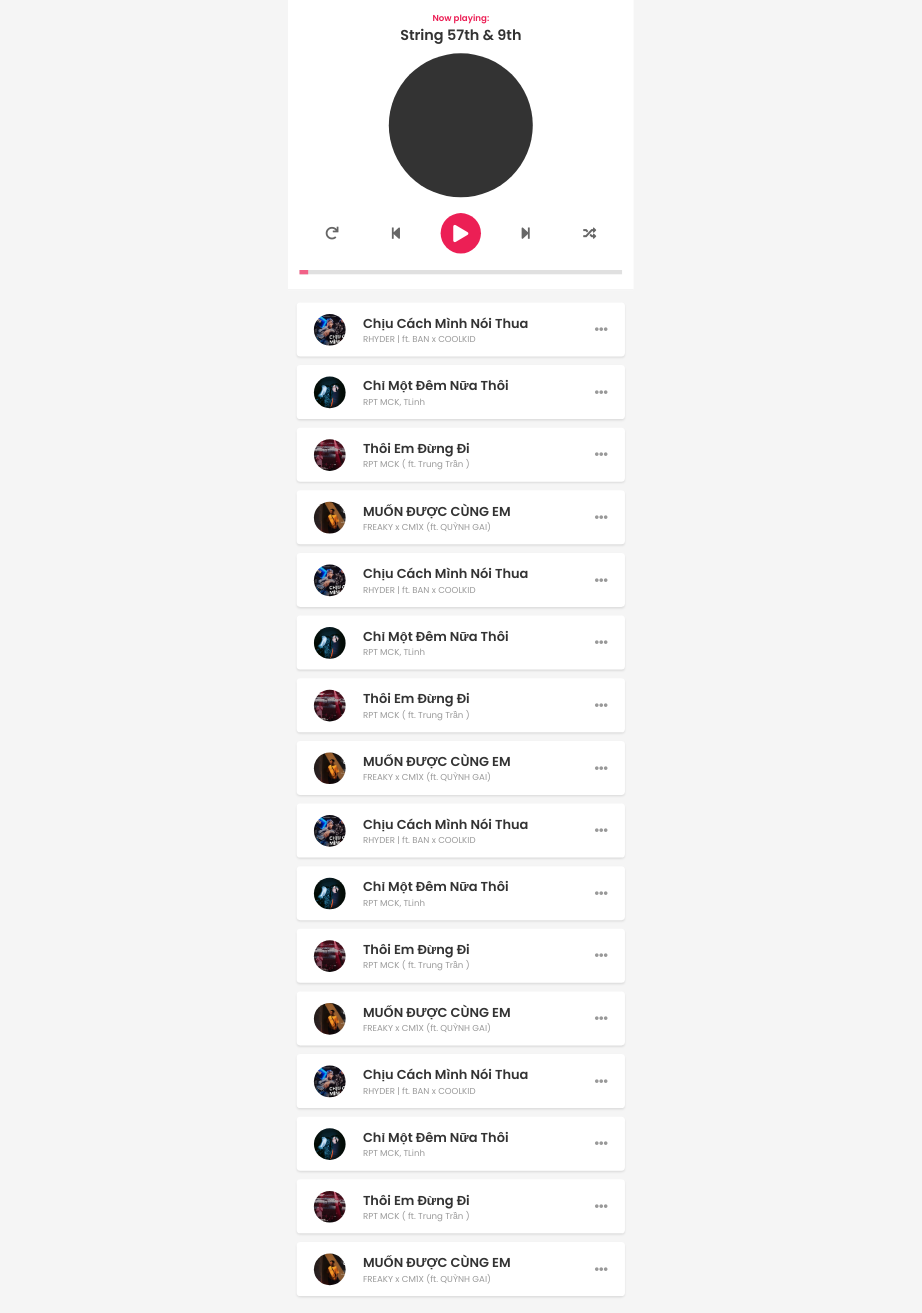
Repository: ChiNg22nd04/MusicPlayer
Page: index.html
The author's editor kept a copy of each file at every save. The page is drawn from the files as they stood at one save, then again after a run of saves.
The browser window is 1280 px wide. The pictures show the whole page, at 72% of full size.

Above is the page before, as saved 2023-12-30 22:37:37.

### index.html
<!DOCTYPE html>
<html lang="en">
<head>
    <meta charset="UTF-8">
    <meta name="viewport" content="width=device-width, initial-scale=1.0">
    <title>Music player</title>
    <link rel="stylesheet" href="https://cdnjs.cloudflare.com/ajax/libs/font-awesome/5.15.2/css/all.min.css" integrity="sha512-HK5fgLBL+xu6dm/Ii3z4xhlSUyZgTT9tuc/hSrtw6uzJOvgRr2a9jyxxT1ely+B+xFAmJKVSTbpM/CuL7qxO8w==" crossorigin="anonymous" />
    <link rel="preconnect" href="https://fonts.gstatic.com">
    <link href="https://fonts.googleapis.com/css2?family=Poppins:wght@300;400;600&display=swap" rel="stylesheet">
    <link rel="stylesheet" href="./assets/css/style.css">
</head>
<body>


<div class="player">
  <!-- Dashboard -->
  <div class="dashboard">
    <!-- Header -->
    <header>
      <h4>Now playing:</h4>
      <h2>String 57th & 9th</h2>
    </header>

    <!-- CD -->
    <div class="cd">
      <div class="cd-thumb">

      </div>
    </div>

    <!-- Control -->
    <div class="control">
      <div class="btn btn-repeat">
        <i class="fas fa-redo"></i>
      </div>
      <div class="btn btn-prev">
        <i class="fas fa-step-backward"></i>
      </div>
      <div class="btn btn-toggle-play">
        <i classa="fas fa-pause icon-pause"></i>
        <i class="fas fa-play icon-play"></i>
      </div>
      <div class="btn btn-next">
        <i class="fas fa-step-forward"></i>
      </div>
      <div class="btn btn-random">
        <i class="fas fa-random"></i>
      </div>
    </div>

    <input id="progress" class="progress" type="range" value="0" step="1" min="0" max="100">

    <audio id="audio" src=""></audio>
  </div>

  <!-- Playlist -->
  <div class="playlist">

  </div>
</div>
<script src="./main.js"></script>
<!-- Design from: https://static.collectui.com/shots/3671744/musicloud-revolutionary-app-for-music-streaming-large -->
</body>
</html>

### assets/css/style.css
:root {
    --primary-color: #ec1f55;
    --text-color: #333;
  }

  * {
    padding: 0;
    margin: 0;
    box-sizing: inherit;
  }

  body {
    background-color: #f5f5f5;
  }

  html {
    box-sizing: border-box;
    font-family: "Poppins", sans-serif;
  }

  .player {
    position: relative;
    max-width: 480px;
    margin: 0 auto;
  }

  .player .icon-pause {
    display: none;
  }

  .player.playing .icon-pause {
    display: inline-block;
  }

  .player.playing .icon-play {
    display: none;
  }

  .dashboard {
    padding: 16px 16px 14px;
    background-color: #fff;
    position: fixed;
    top: 0;
    width: 100%;
    max-width: 480px;
    border-bottom: 1px solid #ebebeb;
  }

  /* HEADER */
  header {
    text-align: center;
    margin-bottom: 10px;
  }

  header h4 {
    color: var(--primary-color);
    font-size: 12px;
  }

  header h2 {
    color: var(--text-color);
    font-size: 20px;
  }

  /* CD */
  .cd {
    display: flex;
    margin: auto;
    width: 200px;
  }

  .cd-thumb {
    width: 100%;
    padding-top: 100%;
    border-radius: 50%;
    background-color: #333;
    background-size: cover;
    margin: auto;
  }

  /* CONTROL */
  .control {
    display: flex;
    align-items: center;
    justify-content: space-around;
    padding: 18px 0 8px 0;
  }

  .control .btn {
    color: #666;
    padding: 18px;
    font-size: 18px;
  }

  .control .btn.active {
    color: var(--primary-color);
  }

  .control .btn-toggle-play {
    width: 56px;
    height: 56px;
    border-radius: 50%;
    font-size: 24px;
    color: #fff;
    display: flex;
    align-items: center;
    justify-content: center;
    background-color: var(--primary-color);
  }

  .progress {
    width: 100%;
    -webkit-appearance: none;
    height: 6px;
    background: #d3d3d3;
    outline: none;
    opacity: 0.7;
    -webkit-transition: 0.2s;
    transition: opacity 0.2s;
  }

  .progress::-webkit-slider-thumb {
    -webkit-appearance: none;
    appearance: none;
    width: 12px;
    height: 6px;
    background-color: var(--primary-color);
    cursor: pointer;
  }

  /* PLAYLIST */
  .playlist {
    margin-top: 408px;
    padding: 12px;
  }

  .song {
    display: flex;
    align-items: center;
    margin-bottom: 12px;
    background-color: #fff;
    padding: 8px 16px;
    border-radius: 5px;
    box-shadow: 0 2px 3px rgba(0, 0, 0, 0.1);
  }

  .song.active {
    background-color: var(--primary-color);
  }

  .song:active {
    opacity: 0.8;
  }

  .song.active .option,
  .song.active .author,
  .song.active .title {
    color: #fff;
  }

  .song .thumb {
    width: 44px;
    height: 44px;
    border-radius: 50%;
    background-size: cover;
    margin: 0 8px;
  }

  .song .body {
    flex: 1;
    padding: 0 16px;
  }

  .song .title {
    font-size: 18px;
    color: var(--text-color);
  }

  .song .author {
    font-size: 12px;
    color: #999;
  }

  .song .option {
    padding: 16px 8px;
    color: #999;
    font-size: 18px;
  }

### main.js
const $ = document.querySelector.bind(document);
const $$ = document.querySelectorAll.bind(document);

//! List bài hát
const app = {
    listSong: [
        {
            name: 'Chịu Cách Mình Nói Thua',
            singer: 'RHYDER | ft. BAN x COOLKID ',
            path: './assets/music/ChiuCachMinhNoiThua-RHYDERCoolkidBAN-12449134.mp3',
            img:'./assets/img/ccmnt.jpeg',
        },
        {
            name: 'Chỉ Một Đêm Nữa Thôi',
            singer: 'RPT MCK, TLinh',
            path: './assets/music/ChiMotDemNuaThoi-MCK-8804087.mp3',
            img: './assets/img/cmdnt.jpeg',
        },
        {
            name: 'Thôi Em Đừng Đi',
            singer: 'RPT MCK ( ft. Trung Trần )',
            path: './assets/music/ThoiEmDungDi-MCK-8804088.mp3',
            img: './assets/img/tedd.jpeg',
        },
        {
            name: 'MUỐN ĐƯỢC CÙNG EM',
            singer: 'FREAKY x CM1X (ft. QUỲNH GAI)',
            path: './assets/music/MuonDuocCungEm-Freaky-6792500.mp3',
            img: './assets/img/mdce.jpeg',
        },
        {
            name: 'Chịu Cách Mình Nói Thua',
            singer: 'RHYDER | ft. BAN x COOLKID ',
            path: './assets/music/ChiuCachMinhNoiThua-RHYDERCoolkidBAN-12449134.mp3',
            img:'./assets/img/ccmnt.jpeg',
        },
        {
            name: 'Chỉ Một Đêm Nữa Thôi',
            singer: 'RPT MCK, TLinh',
            path: './assets/music/ChiMotDemNuaThoi-MCK-8804087.mp3',
            img: './assets/img/cmdnt.jpeg',
        },
        {
            name: 'Thôi Em Đừng Đi',
            singer: 'RPT MCK ( ft. Trung Trần )',
            path: './assets/music/ThoiEmDungDi-MCK-8804088.mp3',
            img: './assets/img/tedd.jpeg',
        },
        {
            name: 'MUỐN ĐƯỢC CÙNG EM',
            singer: 'FREAKY x CM1X (ft. QUỲNH GAI)',
            path: './assets/music/MuonDuocCungEm-Freaky-6792500.mp3',
            img: './assets/img/mdce.jpeg',
        },
        {
            name: 'Chịu Cách Mình Nói Thua',
            singer: 'RHYDER | ft. BAN x COOLKID ',
            path: './assets/music/ChiuCachMinhNoiThua-RHYDERCoolkidBAN-12449134.mp3',
            img:'./assets/img/ccmnt.jpeg',
        },
        {
            name: 'Chỉ Một Đêm Nữa Thôi',
            singer: 'RPT MCK, TLinh',
            path: './assets/music/ChiMotDemNuaThoi-MCK-8804087.mp3',
            img: './assets/img/cmdnt.jpeg',
        },
        {
            name: 'Thôi Em Đừng Đi',
            singer: 'RPT MCK ( ft. Trung Trần )',
            path: './assets/music/ThoiEmDungDi-MCK-8804088.mp3',
            img: './assets/img/tedd.jpeg',
        },
        {
            name: 'MUỐN ĐƯỢC CÙNG EM',
            singer: 'FREAKY x CM1X (ft. QUỲNH GAI)',
            path: './assets/music/MuonDuocCungEm-Freaky-6792500.mp3',
            img: './assets/img/mdce.jpeg',
        },
        {
            name: 'Chịu Cách Mình Nói Thua',
            singer: 'RHYDER | ft. BAN x COOLKID ',
            path: './assets/music/ChiuCachMinhNoiThua-RHYDERCoolkidBAN-12449134.mp3',
            img:'./assets/img/ccmnt.jpeg',
        },
        {
            name: 'Chỉ Một Đêm Nữa Thôi',
            singer: 'RPT MCK, TLinh',
            path: './assets/music/ChiMotDemNuaThoi-MCK-8804087.mp3',
            img: './assets/img/cmdnt.jpeg',
        },
        {
            name: 'Thôi Em Đừng Đi',
            singer: 'RPT MCK ( ft. Trung Trần )',
            path: './assets/music/ThoiEmDungDi-MCK-8804088.mp3',
            img: './assets/img/tedd.jpeg',
        },
        {
            name: 'MUỐN ĐƯỢC CÙNG EM',
            singer: 'FREAKY x CM1X (ft. QUỲNH GAI)',
            path: './assets/music/MuonDuocCungEm-Freaky-6792500.mp3',
            img: './assets/img/mdce.jpeg',
        },

    ],

    //hàm để render ra view
    render: function() {
        const htmls = this.listSong.map((song) => {
            return `
            <div class="song">
                <div class="thumb"
                    style="background-image: url('${song.img}');">
                </div>
                <div class="body">
                    <h3 class="title">${song.name}</h3>
                    <p class="author">${song.singer}</p>
                </div>
                <div class="option">
                    <i class="fas fa-ellipsis-h"></i>
                </div>
            </div>
       `

        })
        $('.playlist').innerHTML = htmls.join('\n');
    },
    //handleEven
    handleEnvens: function() {
        const cdWidth =  $('.cd').offsetWidth
        // this.listSong.map((song) => {
        //     $('.cd-thumb').innerHTML = `<img class="thumb"
        //     style="background-image: url('${song.img}');">`
        // })
        document.onscroll = function() {
            // const scroll = window.scrollY
            const scroll = document.documentElement.scrollTop || window.scrollY
            const cdNew = cdWidth - scroll
            // nếu cdNew > 0 thì
            $('.cd').style.width = cdNew  > 0 ? cdNew + 'px' : 0;
        }
        //lắng nghe sự kiện onclick song
        const click =  $$('.song');
        const audio = $('#audio');
        for(let i = 0; i < click.length; i++) {
            click[i].onclick = function(e) {
            }
        }
    },

    //pthức start() để bắt đầu
    start: function() {
        this.render()
        this.handleEnvens()
    }
}

app.start();

After the next 2 saves:
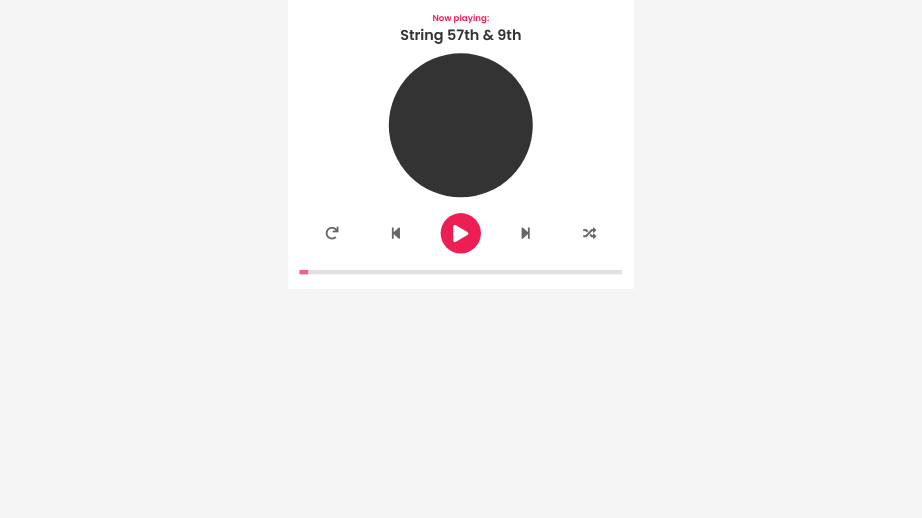
Console error: SyntaxError: Unexpected token '}'
The 2 saves are shown as one change because they came seconds apart.
The last was saved 6 s later.
--- a/main.js
+++ b/main.js
@@ -143,6 +143,7 @@
         const audio = $('#audio');
         for(let i = 0; i < click.length; i++) {
             click[i].onclick = function(e) {
+                audio.
             }
         }
     },

After the save that followed:
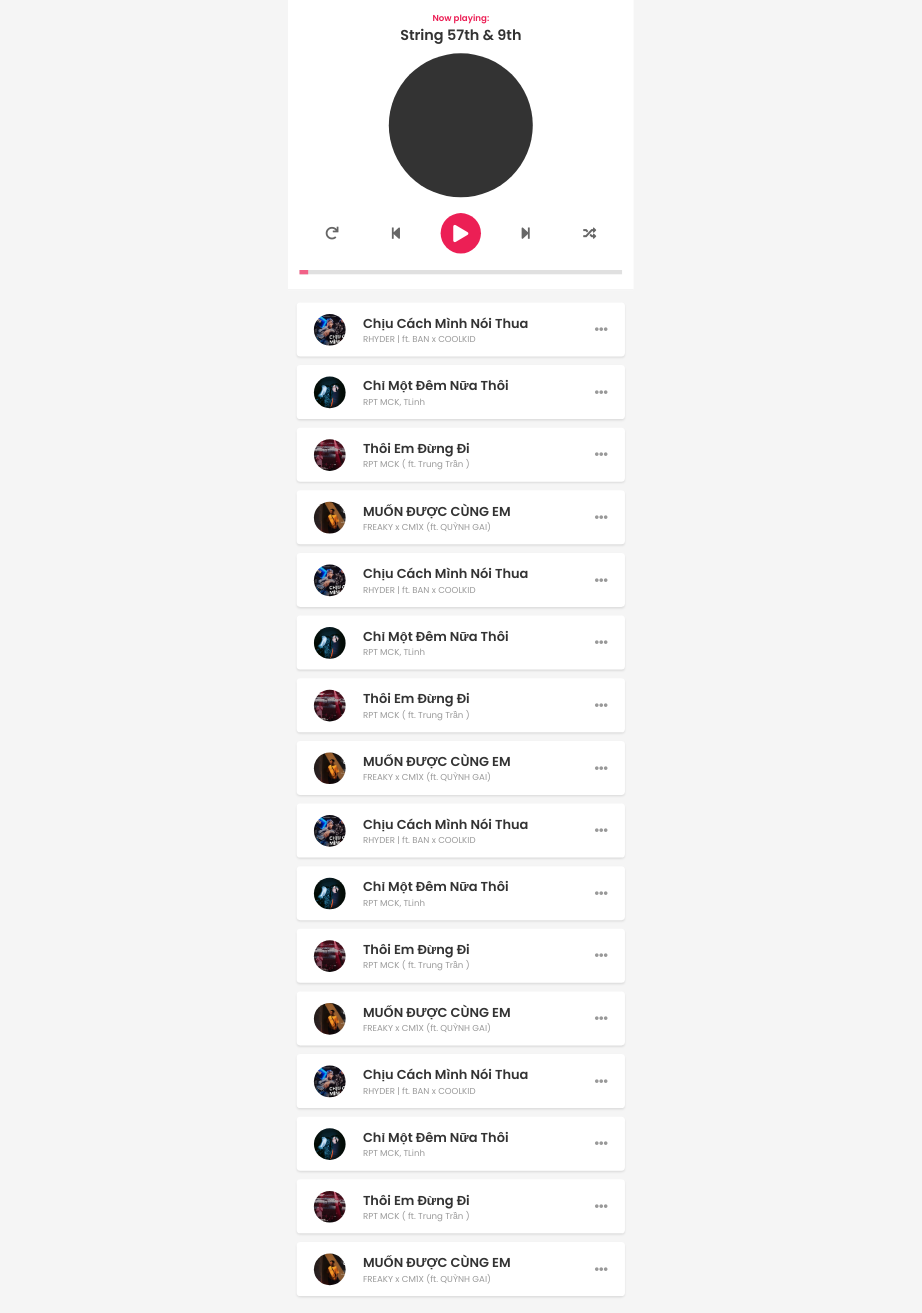
The error is gone.
Saved 14 s later.
--- a/main.js
+++ b/main.js
@@ -143,7 +143,7 @@
         const audio = $('#audio');
         for(let i = 0; i < click.length; i++) {
             click[i].onclick = function(e) {
-                audio.
+                audio
             }
         }
     },
